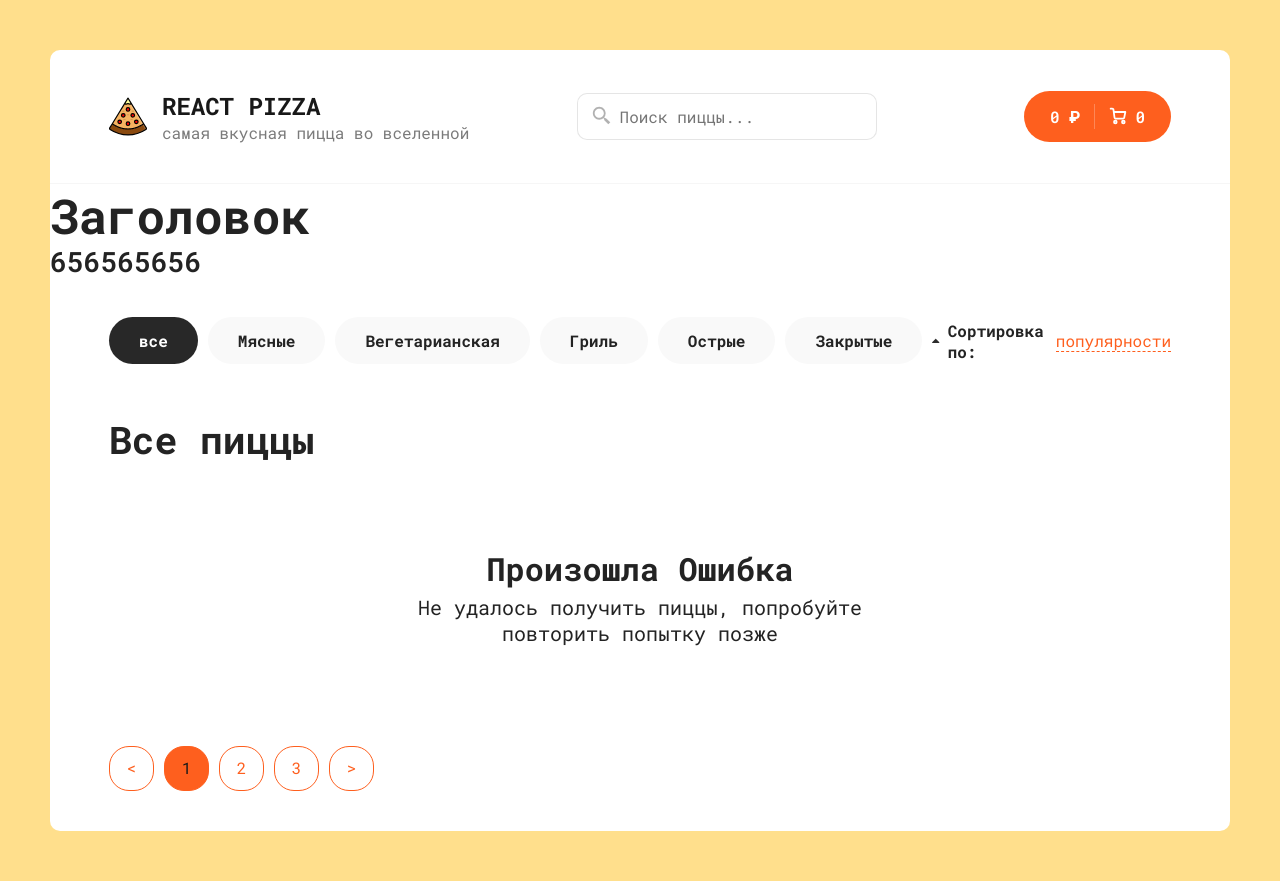
Repository: TI-IT/react-pizza2
Page: /
These files come from the project's save history. The page is drawn as it stood at one moment and after the next save; the edit follows.
The browser window is 1280 px wide. The pictures show the whole page.
The page's requests for data from a server got no answer. The project was rebuilt for these pictures with package versions that can differ from the ones it lists, and the page was loaded fresh each time. No one was signed in, and anything a server would have sent is missing. Also part of the build but not shown: src/components/PizzaBlock.jsx, src/components/CartItem.jsx, src/components/CartEmpty.jsx, src/pages/Cart.jsx, src/pages/FullPizza.jsx, src/components/NotFoundBlock/NotFounBlock.module.scss, src/components/NotFoundBlock/index.jsx, src/pages/NotFound.tsx.

Above is the page before, as saved 2022-10-22 20:59:25.

### public/index.html
<!DOCTYPE html>
<html lang="en">
  <head>
    <meta charset="utf-8" />
    <link rel="icon" href="%PUBLIC_URL%/favicon.ico" />
    <link rel="preconnect" href="https://fonts.googleapis.com" />
    <link rel="preconnect" href="https://fonts.gstatic.com" crossorigin />
    <link
      href="https://fonts.googleapis.com/css2?family=Roboto+Mono:wght@300;400;500;600;700&display=swap"
      rel="stylesheet"
    />
    <meta name="viewport" content="width=device-width, initial-scale=1" />
    <meta name="theme-color" content="#000000" />
    <meta
      name="description"
      content="Web site created using create-react-app"
    />
    <link rel="apple-touch-icon" href="%PUBLIC_URL%/logo192.png" />
    <!--
      manifest.json provides metadata used when your web app is installed on a
      user's mobile device or desktop. See https://developers.google.com/web/fundamentals/web-app-manifest/
    -->
    <link rel="manifest" href="%PUBLIC_URL%/manifest.json" />
    <!--
      Notice the use of %PUBLIC_URL% in the tags above.
      It will be replaced with the URL of the `public` folder during the build.
      Only files inside the `public` folder can be referenced from the HTML.

      Unlike "/favicon.ico" or "favicon.ico", "%PUBLIC_URL%/favicon.ico" will
      work correctly both with client-side routing and a non-root public URL.
      Learn how to configure a non-root public URL by running `npm run build`.
    -->
    <title>React App</title>
  </head>
  <body>
    <noscript>You need to enable JavaScript to run this app.</noscript>
    <div id="root"></div>
    <!--
      This HTML file is a template.
      If you open it directly in the browser, you will see an empty page.

      You can add webfonts, meta tags, or analytics to this file.
      The build step will place the bundled scripts into the <body> tag.

      To begin the development, run `npm start` or `yarn start`.
      To create a production bundle, use `npm run build` or `yarn build`.
    -->
  </body>
</html>

### src/index.tsx
import React from 'react'
import ReactDOM from 'react-dom/client'
import { BrowserRouter } from 'react-router-dom'
import { Provider } from 'react-redux'
import App from './App'
import { store } from './redux/store'

const root = ReactDOM.createRoot(document.getElementById('root'))
root.render(
  <BrowserRouter>
    <Provider store={store}>
      <App />
    </Provider>
  </BrowserRouter>
)

### src/App.js
import React from 'react'
import Header from './components/Header'
import Home from './pages/Home'
import Cart from './pages/Cart'
import FullPizza from './pages/FullPizza.jsx'
import NotFound from './pages/NotFound'
import { Routes, Route, Outlet } from 'react-router-dom'
import './scss/app.scss'

function Parent({ children }) {
  return (
    <div>
      <h1>Заголовок</h1>
      <Outlet />
      <h2>656565656</h2>
    </div>
  )
}

function App() {
  return (
    <div className="wrapper">
      <Header />
      <Parent>555555</Parent>
      <div className="content">
        <Routes>
          <Route path="/" element={<Home />} />
          <Route path="/cart" element={<Cart />} />
          <Route path="/pizza/:id" element={<FullPizza />} />
          <Route path="*" element={<NotFound />} />
        </Routes>
      </div>
    </div>
  )
}
export default App

### src/components/Header.jsx
import { Link, useLocation } from 'react-router-dom'
import { useSelector } from 'react-redux'
import logoSVG from '../assets/img/pizza-logo.svg'
import Search from './Search'
import { selectCart } from '../redux/slices/cartSlice'

function Header() {
  const { items, totalPrice } = useSelector(selectCart)
  const location = useLocation()

  const totalCount = items.reduce((sum, item) => sum + item.count, 0)

  return (
    <div className="header">
      <div className="container">
        <Link to="/">
          <div className="header__logo">
            <img width="38" src={logoSVG} alt="Pizza logo" />
            <div>
              <h1>React Pizza</h1>
              <p>самая вкусная пицца во вселенной</p>
            </div>
          </div>
        </Link>
        <Search />
        <div className="header__cart">
          {location.pathname !== '/cart' && (
            <Link to="/cart" className="button button--cart">
              <span>{totalPrice} ₽</span>
              <div className="button__delimiter"></div>
              <svg
                width="18"
                height="18"
                viewBox="0 0 18 18"
                fill="none"
                xmlns="http://www.w3.org/2000/svg">
                <path
                  d="M6.33333 16.3333C7.06971 16.3333 7.66667 15.7364 7.66667 15C7.66667 14.2636 7.06971 13.6667 6.33333 13.6667C5.59695 13.6667 5 14.2636 5 15C5 15.7364 5.59695 16.3333 6.33333 16.3333Z"
                  stroke="white"
                  strokeWidth="1.8"
                  strokeLinecap="round"
                  strokeLinejoin="round"
                />
                <path
                  d="M14.3333 16.3333C15.0697 16.3333 15.6667 15.7364 15.6667 15C15.6667 14.2636 15.0697 13.6667 14.3333 13.6667C13.597 13.6667 13 14.2636 13 15C13 15.7364 13.597 16.3333 14.3333 16.3333Z"
                  stroke="white"
                  strokeWidth="1.8"
                  strokeLinecap="round"
                  strokeLinejoin="round"
                />
                <path
                  d="M4.78002 4.99999H16.3334L15.2134 10.5933C15.1524 10.9003 14.9854 11.176 14.7417 11.3722C14.4979 11.5684 14.1929 11.6727 13.88 11.6667H6.83335C6.50781 11.6694 6.1925 11.553 5.94689 11.3393C5.70128 11.1256 5.54233 10.8295 5.50002 10.5067L4.48669 2.82666C4.44466 2.50615 4.28764 2.21182 4.04482 1.99844C3.80201 1.78505 3.48994 1.66715 3.16669 1.66666H1.66669"
                  stroke="white"
                  strokeWidth="1.8"
                  strokeLinecap="round"
                  strokeLinejoin="round"
                />
              </svg>
              <span>{totalCount}</span>
            </Link>
          )}
        </div>
      </div>
    </div>
  )
}

export default Header

### src/pages/Home.jsx
import React from 'react'
import qs from 'qs'
import { Link, useNavigate } from 'react-router-dom'
import { useSelector, useDispatch } from 'react-redux'

import {
  selectFilter,
  setCategoryId,
  setCurrentPage,
  setFilters
} from '../redux/slices/filterSlice'

import Categories from '../components/Categories'
import Sort, { sortList } from '../components/Sort'
import PizzaBlock from '../components/PizzaBlock'
import Skeleton from '../components/PizzaBlock/Skeleton'
import Pagination from '../components/Pagination'
import { fetchPizzas, selectPizzaData } from '../redux/slices/pizzaSlice'

const Home = () => {
  const navigate = useNavigate()
  const dispatch = useDispatch()
  const isSearch = React.useRef(false)
  const isMaunted = React.useRef(false)

  const { items, status } = useSelector(selectPizzaData)
  const { categoryId, sort, currentPage, searchValue } = useSelector(selectFilter)

  const onChangeCategory = id => {
    dispatch(setCategoryId(id))
  }
  const onChangePage = number => {
    dispatch(setCurrentPage(number))
  }

  const getPizzas = async () => {
    const order = sort.sortProperty.includes('-') ? 'asc' : 'desc'
    const sortBy = sort.sortProperty.replace('-', '')
    const category = categoryId > 0 ? `category=${categoryId}` : ''
    const search = searchValue ? `&search=${searchValue}` : ''

    dispatch(
      fetchPizzas({
        order,
        sortBy,
        category,
        search,
        currentPage
      })
    )

    window.scrollTo(0, 0)
  }

  //***---React Pizza v2 — Сохраняем параметры фильтрации в URL---***
  //шаг 2
  //Если изменили параметры и был первый рендер
  React.useEffect(() => {
    if (isMaunted.current) {
      const queryString = qs.stringify({
        sortProperty: sort.sortProperty,
        categoryId,
        currentPage
      })
      navigate(`?${queryString}`)
    }
    isMaunted.current = true
  }, [categoryId, sort.sortProperty, currentPage])

  //***---React Pizza v2 — Сохраняем параметры фильтрации в URL---***
  //шаг 1
  //Если был первый рендер, то проверяем URL-параметры и сохроняем в редуксе
  React.useEffect(() => {
    if (window.location.search) {
      //параметры адресной строки преврощаем в объект -qs.parse
      const params = qs.parse(window.location.search.substring(1))
      const sort = sortList.find(obj => obj.sortProperty === params.sortProperty)
      dispatch(
        setFilters({
          ...params,
          sort
        })
      )

      isSearch.current = true
    }
  }, [])

  //Загрузка один раз
  //***---React Pizza v2 — Сохраняем параметры фильтрации в URL---***
  //шаг 3
  //Если был первый рендер, то запрашиваем пиццы
  React.useEffect(() => {
    getPizzas()
  }, [categoryId, sort.sortProperty, searchValue, currentPage])

  const pizzas = items.map(obj => (
    <Link key={obj.id} to={`/pizza/${obj.id}`}>
      <PizzaBlock {...obj} />
    </Link>
  ))
  const sceletons = [...new Array(6)].map((_, index) => <Skeleton key={index} />)

  return (
    <div className="container">
      <div className="content__top">
        <Categories value={categoryId} onChangeCategory={id => onChangeCategory(id)} />
        <Sort />
      </div>
      <h2 className="content__title">Все пиццы</h2>
      {status === 'error' ? (
        <div className="content__error-info">
          <h2>Произошла Ошибка</h2>
          <p>Не удалось получить пиццы, попробуйте повторить попытку позже</p>
        </div>
      ) : (
        <div className="content__items">{status === 'loading' ? sceletons : pizzas}</div>
      )}
      <Pagination currentPage={currentPage} onChangePage={onChangePage} />
    </div>
  )
}

export default Home

### src/components/Search/index.jsx
import React from 'react'
import debounce from 'lodash.debounce'
import styles from './Search.module.scss'
import { useDispatch } from 'react-redux'
import { setSearchValue } from '../../redux/slices/filterSlice'

const Search = () => {
  const dispatch = useDispatch()
  const [value, setValue] = React.useState('')
  const inputRef = React.useRef()

  const onClickClear = () => {
    dispatch(setSearchValue(''))
    setValue('')
    inputRef.current.focus()
  }

  const updateSearchValue = React.useCallback(
    debounce(str => {
      dispatch(setSearchValue(str))
    }, 350),
    []
  )

  const onChangeInput = event => {
    setValue(event.target.value)
    updateSearchValue(event.target.value)
  }

  return (
    <div className={styles.root}>
      <svg
        className={styles.icon}
        height="24"
        viewBox="0 0 24 24"
        width="24"
        xmlns="http://www.w3.org/2000/svg">
        <path d="M19.023 16.977a35.13 35.13 0 0 1-1.367-1.384c-.372-.378-.596-.653-.596-.653l-2.8-1.337A6.962 6.962 0 0 0 16 9c0-3.859-3.14-7-7-7S2 5.141 2 9s3.14 7 7 7c1.763 0 3.37-.66 4.603-1.739l1.337 2.8s.275.224.653.596c.387.363.896.854 1.384 1.367l1.358 1.392.604.646 2.121-2.121-.646-.604c-.379-.372-.885-.866-1.391-1.36zM9 14c-2.757 0-5-2.243-5-5s2.243-5 5-5 5 2.243 5 5-2.243 5-5 5z" />
      </svg>
      <input
        ref={inputRef}
        value={value}
        onChange={onChangeInput}
        className={styles.input}
        placeholder="Поиск пиццы..."
      />
      {value && (
        <svg
          onClick={onClickClear}
          className={styles.clearIcon}
          height="48"
          viewBox="0 0 48 48"
          width="48"
          xmlns="http://www.w3.org/2000/svg">
          <path d="M38 12.83L35.17 10 24 21.17 12.83 10 10 12.83 21.17 24 10 35.17 12.83 38 24 26.83 35.17 38 38 35.17 26.83 24z" />
          <path d="M0 0h48v48H0z" fill="none" />
        </svg>
      )}
    </div>
  )
}
export default Search

### src/components/Categories.tsx
import React from 'react'

function Categories({ value, onChangeCategory }) {
  const categories = ['все', 'Мясные', 'Вегетарианская', 'Гриль', 'Острые', 'Закрытые']

  return (
    <div className="categories">
      <ul>
        {categories.map((categoryName, i) => (
          <li key={i} onClick={() => onChangeCategory(i)} className={value === i ? 'active' : ''}>
            {categoryName}
          </li>
        ))}
      </ul>
    </div>
  )
}
export default Categories

### src/components/Sort.jsx
import React from 'react'
import { useSelector, useDispatch } from 'react-redux'
import { selectSort, setSort } from '../redux/slices/filterSlice'
export const sortList = [
  { name: 'популярности(DESC)', sortProperty: 'rating' },
  { name: 'популярности(ASC)', sortProperty: '-rating' },
  { name: 'цене(DESC)', sortProperty: 'price' },
  { name: 'цене(ASC)', sortProperty: '-price' },
  { name: 'алфавиту(DESC)', sortProperty: 'title' },
  { name: 'алфавиту(ASC)', sortProperty: '-title' }
]

function Sort() {
  const dispatch = useDispatch()
  const sort = useSelector(selectSort)
  const sortRef = React.useRef()

  const [open, setOpen] = React.useState(false)

  const onClickListItem = obj => {
    dispatch(setSort(obj))
    setOpen(false)
  }

  React.useEffect(() => {
    const handleClickoutside = event => {
      if (!event.path.includes(sortRef.current)) {
        setOpen(false)
      }
    }
    document.body.addEventListener('click', handleClickoutside)

    return () => document.body.removeEventListener('click', handleClickoutside)
  }, [])

  return (
    <div ref={sortRef} className="sort">
      <div className="sort__label">
        <svg
          width="10"
          height="6"
          viewBox="0 0 10 6"
          fill="none"
          xmlns="http://www.w3.org/2000/svg">
          <path
            d="M10 5C10 5.16927 9.93815 5.31576 9.81445 5.43945C9.69075 5.56315 9.54427 5.625 9.375 5.625H0.625C0.455729 5.625 0.309245 5.56315 0.185547 5.43945C0.061849 5.31576 0 5.16927 0 5C0 4.83073 0.061849 4.68424 0.185547 4.56055L4.56055 0.185547C4.68424 0.061849 4.83073 0 5 0C5.16927 0 5.31576 0.061849 5.43945 0.185547L9.81445 4.56055C9.93815 4.68424 10 4.83073 10 5Z"
            fill="#2C2C2C"
          />
        </svg>
        <b>Сортировка по:</b>
        <span onClick={() => setOpen(!open)}>{sort.name}</span>
      </div>
      {open && (
        <div className="sort__popup">
          <ul>
            {sortList.map((obj, i) => (
              <li
                key={i}
                onClick={() => onClickListItem(obj)}
                className={sort.sortProperty === obj.sortProperty ? 'active' : ''}>
                {obj.name}
              </li>
            ))}
          </ul>
        </div>
      )}
    </div>
  )
}

export default Sort

### src/components/PizzaBlock/Skeleton.jsx
import React from 'react'
import ContentLoader from 'react-content-loader'

const Skeleton = props => (
  <ContentLoader
    className="pizza-block"
    speed={2}
    width={280}
    height={465}
    viewBox="0 0 280 465"
    backgroundColor="#f3f3f3"
    foregroundColor="#ecebeb">
    <circle cx="134" cy="127" r="98" />
    <rect x="0" y="465" rx="5" ry="5" width="280" height="32" />
    <rect x="28" y="231" rx="7" ry="7" width="218" height="22" />
    <rect x="33" y="271" rx="19" ry="19" width="213" height="69" />
    <rect x="30" y="365" rx="1" ry="1" width="88" height="27" />
    <rect x="141" y="362" rx="17" ry="17" width="106" height="35" />
  </ContentLoader>
)

export default Skeleton

### src/components/Pagination/index.jsx
import React from 'react'
import ReactPaginate from 'react-paginate'
import styles from './Pagination.module.scss'

const Pagination = ({ onChangePage, currentPage }) => {
  return (
    <div>
      <ReactPaginate
        className={styles.root}
        breakLabel="..."
        nextLabel=">"
        previousLabel="<"
        onPageChange={e => onChangePage(e.selected + 1)}
        pageRangeDisplayed={4}
        pageCount={3}
        forcePage={currentPage - 1}
        renderOnZeroPageCount={null}
      />
    </div>
  )
}

export default Pagination

### src/scss/libs/_normalize.scss
* {
  padding: 0;
  margin: 0;
  list-style: none;
  outline: none;
  font-family: 'Roboto Mono', Roboto, system-ui, Tahoma, sans-serif;
  box-sizing: border-box;
}

html {
  -ms-text-size-adjust: 100%;
  -webkit-text-size-adjust: 100%;
}

body {
  -moz-osx-font-smoothing: grayscale;
  -webkit-font-smoothing: antialiased;
  color: $black;
}

a,
span,
p,
b,
h1,
h2,
h3,
h4,
h5 {
  color: $black;
}

h1 {
  font-size: 48px;
}

h2 {
  font-weight: 600;
  font-size: 28px;
  line-height: 30px;
}

a {
  text-decoration: none;
}

@mixin noselect {
  -webkit-touch-callout: none; /* iOS Safari */
  -webkit-user-select: none; /* Safari */
  -khtml-user-select: none; /* Konqueror HTML */
  -moz-user-select: none; /* Old versions of Firefox */
  -ms-user-select: none; /* Internet Explorer/Edge */
  user-select: none; /* Non-prefixed version, currently
                                  supported by Chrome, Opera and Firefox */
}

### src/scss/components/_header.scss
@import '../variables.scss';

.header {
  border-bottom: 1px solid $gray-line;
  padding: 40px 0;

  .container {
    display: flex;
    align-items: center;
    justify-content: space-between;

    @media (max-width: 645px) {
      flex-direction: column;
      .header__cart {
        margin-top: 20px;
      }
    }
  }

  &__logo {
    display: flex;

    img {
      margin-right: 15px;
    }

    h1 {
      color: #181818;
      font-size: 24px;
      letter-spacing: 1%;
      text-transform: uppercase;
      font-weight: 800;
    }

    p {
      color: #7b7b7b;
    }
  }
}

### src/scss/components/_button.scss
@import '../variables.scss';

.button {
  display: inline-block;
  background-color: $orange;
  border-radius: 30px;
  padding: 10px 20px;
  min-width: 100px;
  text-align: center;
  cursor: pointer;
  transition: background-color $duration ease-in-out, border-color $duration ease-in-out;
  border: 1px solid transparent;
  @include noselect();

  &,
  span {
    color: #fff;
  }

  i,
  span,
  path,
  svg {
    transition: all $duration ease-in-out;
  }

  &:hover {
    background-color: darken($orange, 8%);
  }

  &:active {
    background-color: darken($orange, 12%);
    transform: translateY(1px);
  }

  &--circle {
    display: flex;
    align-items: center;
    justify-content: center;
    width: 32px;
    height: 32px;
    min-width: 32px;
    padding: 0;
    border-width: 2px;
  }

  &--black {
    background-color: $black;

    &:hover,
    &:active {
      background-color: lighten($color: $black, $amount: 10);
    }
  }

  &--outline {
    background-color: #fff;
    border-color: $orange;
    &,
    span {
      color: $orange;
    }

    svg {
      path {
        fill: $orange;
      }
    }

    &:hover {
      background-color: $orange;

      &,
      span {
        color: #fff;
      }

      svg {
        path {
          fill: #fff;
        }
      }
    }

    &:active {
      background-color: darken($orange, 8%);
    }
  }

  &__delimiter {
    width: 1px;
    height: 25px;
    background-color: rgba(255, 255, 255, 0.25);
    margin-left: 14px;
    margin-right: 14px;
  }

  &--add {
    svg {
      margin-right: 2px;
    }

    span {
      font-weight: 600;
      font-size: 16px;
    }

    &:hover {
      i {
        background-color: #fff;
        color: $orange;
      }
    }

    i {
      display: inline-block;
      border-radius: 30px;
      background-color: $orange;
      color: #fff;
      font-weight: 600;
      width: 22px;
      height: 22px;
      font-style: normal;
      font-size: 13px;
      line-height: 22px;
      position: relative;
      top: -1px;
      left: 3px;
    }
  }

  &--cart {
    display: flex;
    align-items: center;
    line-height: 23px;
    padding: 12px 25px;

    svg {
      margin-right: 8px;
      margin-bottom: 1px;
    }

    span {
      font-weight: 600;
      font-size: 16px;
    }
  }
}

### src/scss/components/_sort.scss
@import '../variables.scss';

.sort {
  position: relative;
  &__label {
    display: flex;
    align-items: center;

    svg {
      margin-right: 8px;
    }

    b {
      margin-right: 8px;
    }

    span {
      color: $orange;
      border-bottom: 1px dashed $orange;
      cursor: pointer;
    }
  }

  &__popup {
    position: absolute;
    right: 0;
    margin-top: 15px;
    background: #ffffff;
    box-shadow: 0px 5px 15px rgba(0, 0, 0, 0.09);
    border-radius: 10px;
    overflow: hidden;
    padding: 10px 0;

    ul {
      overflow: hidden;
      li {
        padding: 12px 20px;
        cursor: pointer;

        &.active,
        &:hover {
          background: rgba(254, 95, 30, 0.05);
        }

        &.active {
          font-weight: bold;
          color: $orange;
        }
      }
    }
  }
}

### src/scss/components/_pizza-block.scss
@import '../variables.scss';

.pizza-block {
  width: 280px;
  text-align: center;
  margin-bottom: 65px;

  &-wrapper {
    display: flex;
    justify-content: center;
  }

  &__image {
    width: 260px;
  }

  &__title {
    font-size: 20px;
    font-weight: 900;
    letter-spacing: 1%;
    margin-bottom: 20px;
  }

  &__selector {
    display: flex;
    background-color: #f3f3f3;
    border-radius: 10px;
    flex-direction: column;
    padding: 6px;

    ul {
      display: flex;
      flex: 1;

      &:first-of-type {
        margin-bottom: 6px;
      }

      li {
        padding: 8px;
        flex: 1;
        cursor: pointer;
        font-weight: 600;
        font-size: 14px;
        @include noselect();
        &.active {
          background: #ffffff;
          box-shadow: 0px 2px 4px rgba(0, 0, 0, 0.04);
          border-radius: 5px;
          cursor: auto;
        }
      }
    }
  }

  &__bottom {
    display: flex;
    align-items: center;
    justify-content: space-between;
    margin-top: 20px;
  }

  &__price {
    font-weight: bold;
    font-size: 22px;
    line-height: 27px;
    letter-spacing: 0.015em;
  }
}

### src/components/Search/Search.module.scss
.root {
  position: relative;
  left: -20px;
}

.input {
  border: 1px solid rgba(0, 0, 0, 0.1);
  padding: 12px 20px;
  padding-left: 42px;
  width: 300px;
  border-radius: 10px;
  font-size: 16px;

  &:focus {
    border: 1.5px solid rgba(151, 81, 16, 0.4);
  }
}
.icon {
  width: 22px;
  height: 22px;
  opacity: 0.3;
  position: absolute;
  left: 14px;
  top: 12px;
}
.clearIcon {
  width: 18px;
  height: 18px;
  opacity: 0.3;
  position: absolute;
  right: 15px;
  top: 15px;
  cursor: pointer;

  &:hover {
    opacity: 0.8;
  }
}

### src/components/Pagination/Pagination.module.scss
.root {
  li {
    display: inline-block;
  }

  a {
    text-align: center;
    width: 45px;
    line-height: 42px;
    height: 45px;
    border: 1px solid #fe5f1e;
    border-radius: 20px;
    margin-right: 10px;
    cursor: pointer;
    display: inline-block;
    color: #fe5f1e;
    &:hover {
      background-color: gold;
      a {
        color: rgb(255, 255, 255);
      }
    }
  }
  :global {
    .selected {
      a {
        background-color: #fe5f1e;
        color: rgb(22, 24, 24);
      }
    }
  }
}

Loaded but not shown: src/scss/_variables.scss (common file); src/scss/components/_all.scss (common file); src/scss/components/_categories.scss (common file); src/redux/slices/pizzaSlice.js (51 lines, source omitted); src/redux/slices/cartSlice.js (47 lines, source omitted); src/redux/slices/filterSlice.js (43 lines, source omitted); src/redux/store.js (12 lines, source omitted); src/scss/app.scss (386 lines, source omitted)

After the next save:
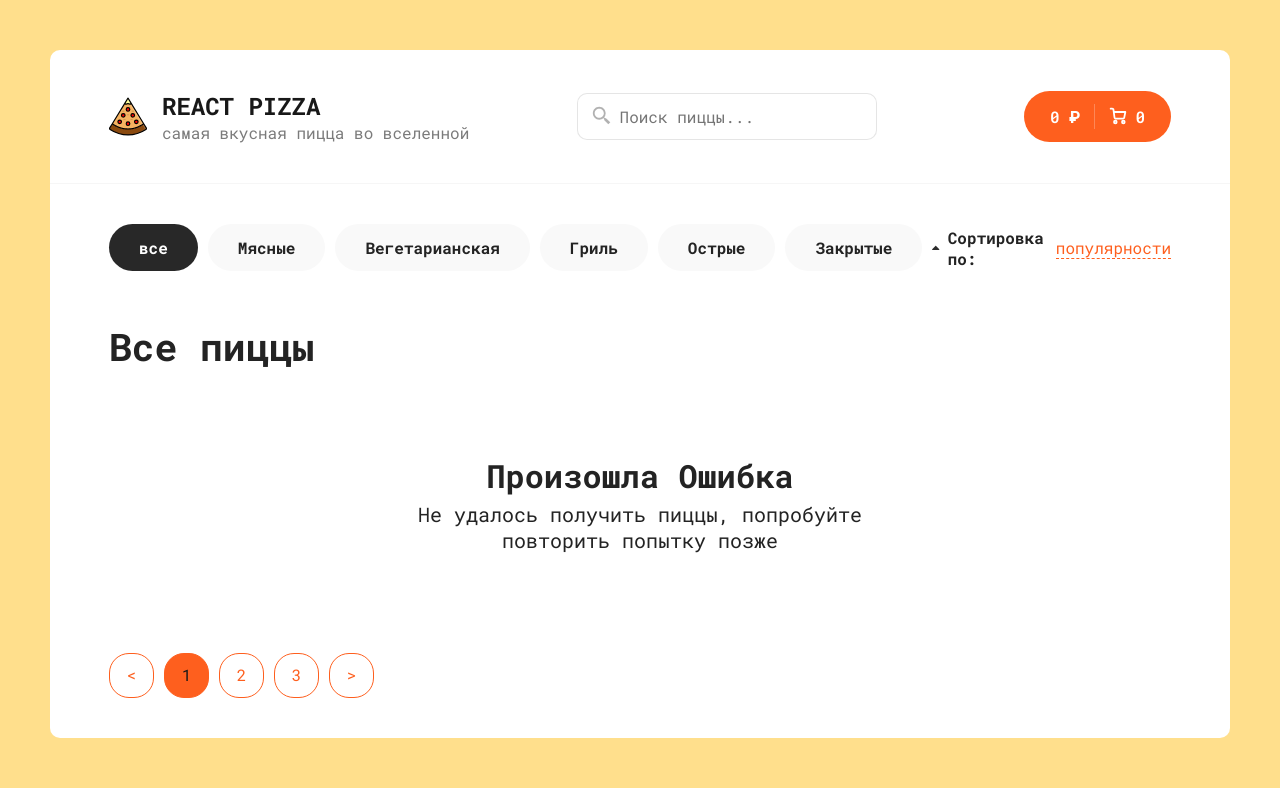
Saved 24 s later.
--- a/src/App.js
+++ b/src/App.js
@@ -21,7 +21,7 @@ function App() {
   return (
     <div className="wrapper">
       <Header />
-      <Parent>555555</Parent>
+      <Outlet>555555</Outlet>
       <div className="content">
         <Routes>
           <Route path="/" element={<Home />} />
